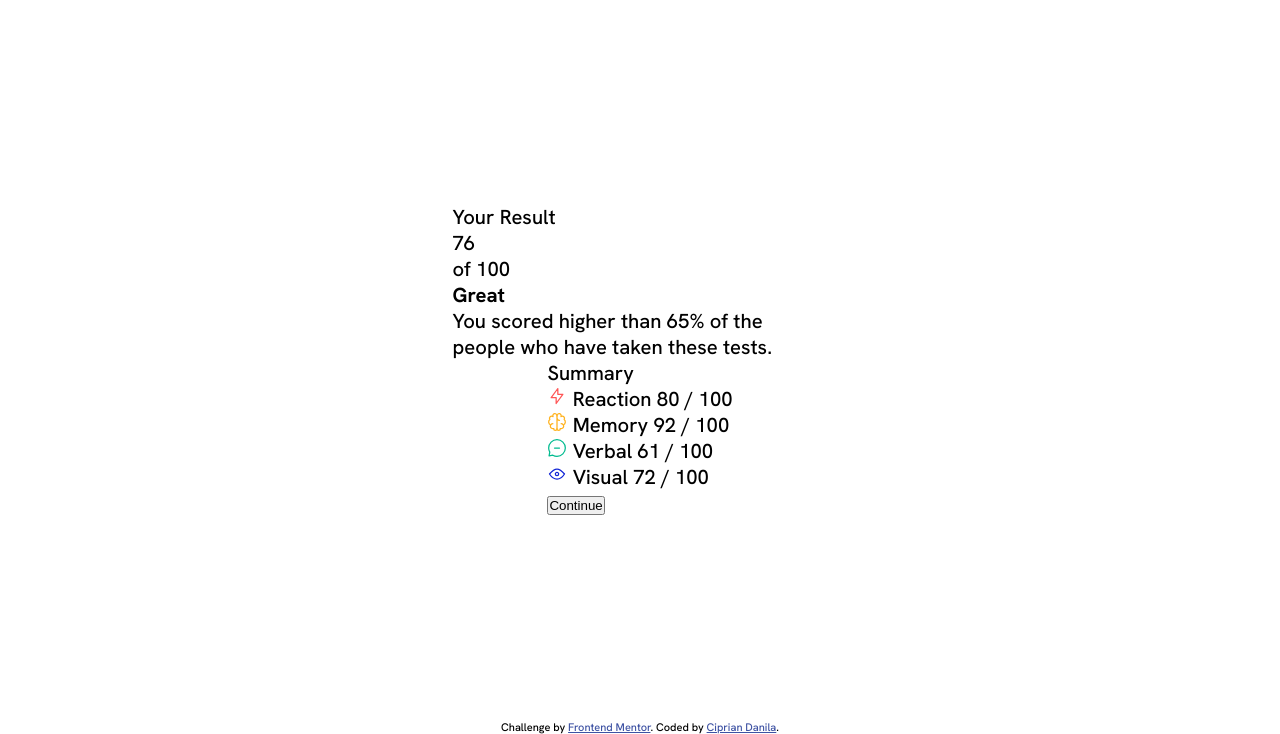
Repository: cipdanila/results-summary-component
Page: index.html
An editor plug-in stored every save of this project. The page is shown before and after the next save, followed by the edit.
The browser window is 1280 px wide. The pictures show the whole page.

Above is the page before, as saved 2024-02-02 20:25:00.

After the next save:
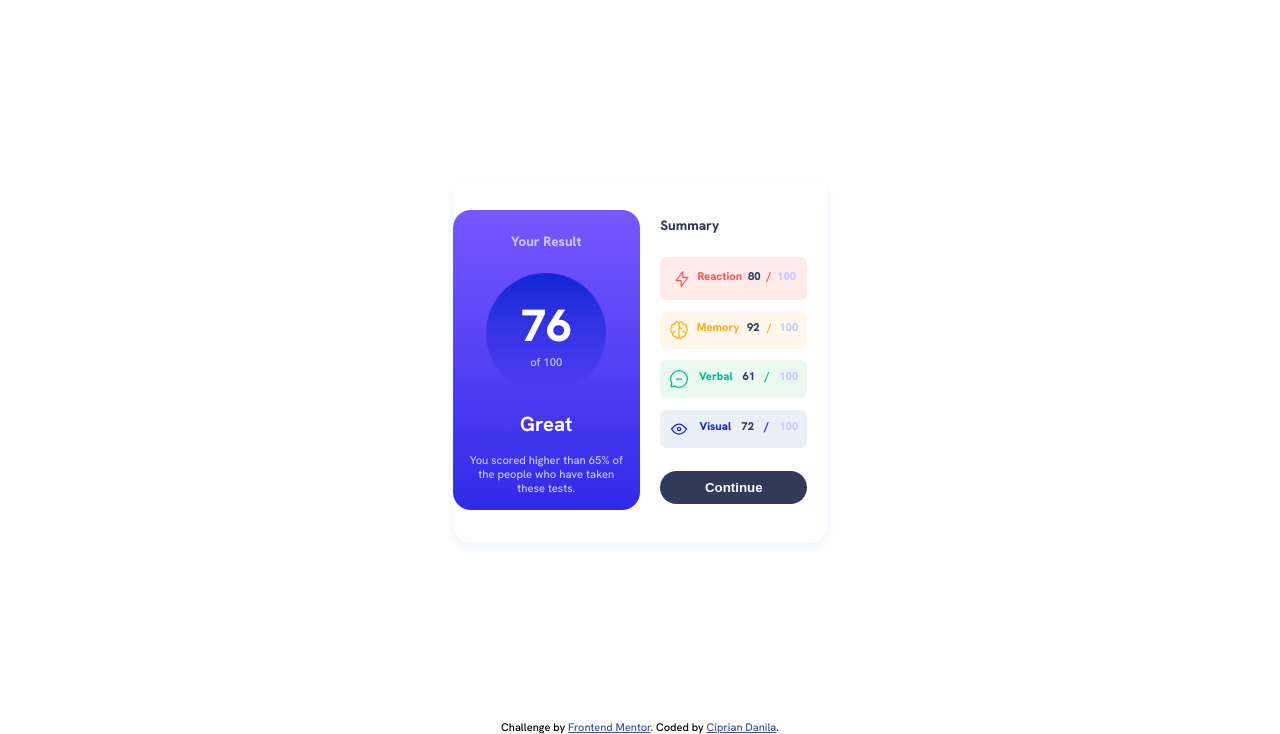
Saved 84 s later.
--- a/styles.css
+++ b/styles.css
@@ -47,12 +47,141 @@
 .card {
     max-width: 375px;
     border-radius: 1rem;
-    box-shadow: 0.5rem 0.5rem rgb(rgb(12, 23, 41));
+    box-shadow: 0 4px 8px 0 var(--pale-blue);
+    display: flex;
+    justify-content: center;
+    align-items: center;
+    background-color: var(--white);
+}
+
+.result {
+    width: 50%;
     display: flex;
     flex-direction: column;
     justify-content: center;
     align-items: center;
-    background-color: var(--white);
+    background: linear-gradient(to bottom, var(--light-slate-blue) 0%, var(--light-royal-blue) 100%);
+    color: var(--white);
+    border-radius: 1rem;
+}
+
+.result #result-title {
+    padding: 1.25rem;
+    font-weight: 800;
+    font-size: 0.75rem;
+}
+
+.score-circle {
+    width: 120px;
+    height: 120px;
+    border-radius: 50%;
+    background: linear-gradient(to bottom, var(--cobalt-blue) 0%, var(--persian-blue) 100%);
+    display: flex;
+    flex-direction: column;
+    justify-content: center;
+    align-items: center;
+}
+
+.big-num {
+    font-size: 2.5rem;
+    font-weight: 800;
+}
+
+.small-text {
+    font-size: 0.625rem;
+    color: var(--light-lavender);
+}
+
+.result h4 {
+    padding-top: 1rem;
+}
+
+.result p {
+    font-size: 0.625rem;
+    color: var(--light-lavender);
+    padding: 0.875rem;
+    text-align: center;
+}
+
+.summary {
+    width: 50%;
+    height: auto;
+    display: flex;
+    flex-direction: column;
+    justify-content: center;
+    padding: 1.125rem;
+    font-weight: 800;
+}
+
+.summary p#summary {
+    padding: 1rem 0;
+    font-size: 0.75rem;
+    font-weight: 800;
+    color: var(--dark-gray-blue);
+}
+
+.summary div {
+    width: 100%;
+    padding: 0.625rem 0;
+    font-size: 0.625rem;
+    margin: 0.313rem 0;
+    display: flex;
+    justify-content: space-between;
+}
+
+.summary .percent {
+    color: var(--dark-gray-blue);
+}
+
+.summary .hundred {
+    color: var(--light-lavender);
+}
+
+.summary .reaction {
+    background-color: rgba(255, 51, 51, 0.1);
+    color: var(--light-red);
+    border-radius: 0.375rem;
+    padding: 0.625rem;
+    margin: 0.313rem 0;
+}
+
+.summary .memory {
+    background-color: rgba(255, 187, 51, 0.1);
+    color: var(--orange-yellow);
+    border-radius: 0.375rem;
+    padding: 0.5rem;
+    margin: 0.313rem 0;
+}
+
+.summary .verbal {
+    background-color: rgba(51, 187, 102, 0.1);
+    color: var(--green-teal);
+    border-radius: 0.375rem;
+    padding: 0.5rem;
+    margin: 0.313rem 0;
+}
+
+.summary .visual {
+    background-color: rgba(51, 102, 187, 0.1);
+    color: var(--cobalt-blue);
+    border-radius: 0.375rem;
+    padding: 0.5rem;
+    margin: 0.313rem 0;
+}
+
+button {
+    width: 100%;
+    padding: 0.5rem;
+    margin: 1rem auto;
+    display: flex;
+    justify-content: center;
+    align-items: center;
+    color: var(--white);
+    background-color: var(--dark-gray-blue);
+    font-weight: 700;
+    border-radius: 1rem;
+    border: none;
+    cursor: pointer;
 }
 
 .attribution {
